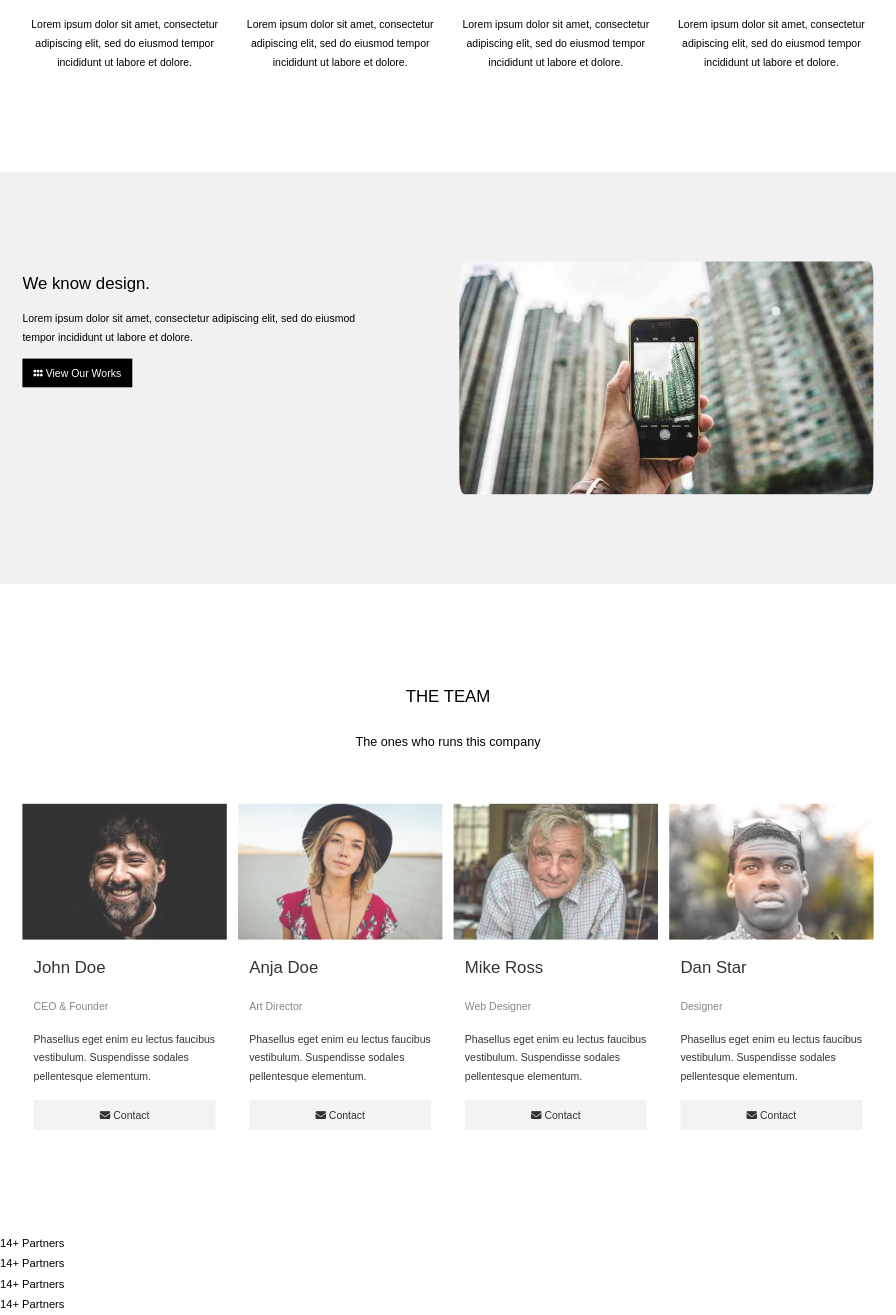
Repository: husterDC/Test
Page: index.html
These files come from the project's save history. The page is drawn as it stood at one moment and after the next save; the edit follows.
The browser window is 1280 px wide. The pictures show the part of the page from y = 1415 to 3335 px (the page is 3294 px tall before and 3335 px after), at 70% of full size.

Above is the page before, as saved 2022-10-13 15:12:57.

### index.html
<!DOCTYPE html>
<html lang="en">
<head>
    <meta charset="UTF-8">
    <meta http-equiv="X-UA-Compatible" content="IE=edge">
    <meta name="viewport" content="width=device-width, initial-scale=1.0">
    <title>Document</title>
    <link rel="stylesheet" href="./assets/base.css">
    <link rel="stylesheet" href="./assets/style.css">
    <link rel="stylesheet" href="./assets/css/responsive.css">
    <link rel="stylesheet" href="./fonts/themify-icons/themify-icons.css">
    <link rel="stylesheet" href="./assets/fontawesome-free-6.1.1-web/css/all.min.css">
</head>
</head>
<body>
    <div class="header">
        <div class="header_logo">
            <a href="" class="header_logo-link">Logo</a>
        </div>
        <div class="header_nav">
            <ul class="header_nav-menu">
                <li class="header_nav-item">

                    <a href="#container_about" class="header_nav-link">ABOUT</a>
                </li>
                <li class="header_nav-item">
                    <a href="#container_team" class="header_nav-link">
                        <i class="header_nav-icon header-nav_icon fa-solid fa-user-plus"></i>
                        TEAM
                    </a>
                </li>
                <li class="header_nav-item">
                    <a href="" class="header_nav-link">
                        <i class="header_nav-icon fa-solid fa-grip"></i>
                        WORK
                    </a>
                </li>
                <li class="header_nav-item">
                    <a href="" class="header_nav-link">
                        <i class="header_nav-icon fa-solid fa-dollar-sign"></i>
                        PRICING
                    </a>
                </li>
                <li class="header_nav-item">
                    <a href="" class="header_nav-link">
                        <i class="header_nav-icon fa-solid fa-envelope"></i>
                        CONTACT
                    </a>
                </li>
            </ul>
        </div>
    </div>
    <div class="slider">
        <div class="slider_content">
            <div class="slider_title">Start something that matters</div>
            <div class="slider_dec">Stop wasting valuable time with projects that just isn't you.</div>
            <a href="" class="slider_link">
                <button class="slider_btn">Learn more and start today</button>
            </a>
        </div>
        <div class="slider_social">
            <a href="" class="slider_social-link"><i class="slider_social-icon fa-brands fa-facebook"></i></a>
            <a href="" class="slider_social-link"><i class="slider_social-icon fa-brands fa-instagram"></i></a>
            <a href="" class="slider_social-link"><i class="slider_social-icon fa-brands fa-snapchat"></i></a>
            <a href="" class="slider_social-link"><i class="slider_social-icon fa-brands fa-pinterest-p"></i></a>
            <a href="" class="slider_social-link"><i class="slider_social-icon fa-brands fa-twitter"></i></a>
            <a href="" class="slider_social-link"><i class="slider_social-icon fa-brands fa-linkedin-in"></i></a>
        </div>
    </div>
    <div class="container">
        <div class="container_base" id="container_about">
            <div class="container_about-title">ABOUT THE COMPANY</div>
            <div class="container_about-dec">Key features of our company</div>
            <div class="container_about-member">
                <div class="container_about-item">
                    <i class="container_about-item-icon fa-solid fa-desktop"></i>
                    <div class="container_about-item-name">Responsive</div>
                    <div class="container_about-item-dec">Lorem ipsum dolor sit amet, consectetur adipiscing elit, sed do eiusmod tempor incididunt ut labore et dolore.</div>
                </div>
                <div class="container_about-item">
                    <i class="container_about-item-icon fa-solid fa-heart"></i>
                    <div class="container_about-item-name">Passion</div>
                    <div class="container_about-item-dec">Lorem ipsum dolor sit amet, consectetur adipiscing elit, sed do eiusmod tempor incididunt ut labore et dolore.</div>
                </div>
                <div class="container_about-item">
                    <i class="container_about-item-icon fa-regular fa-gem"></i>
                    <div class="container_about-item-name">Design</div>
                    <div class="container_about-item-dec">Lorem ipsum dolor sit amet, consectetur adipiscing elit, sed do eiusmod tempor incididunt ut labore et dolore.</div>
                </div>
                <div class="container_about-item">
                    <i class="container_about-item-icon fa-solid fa-gear"></i>
                    <div class="container_about-item-name">Support</div>
                    <div class="container_about-item-dec">Lorem ipsum dolor sit amet, consectetur adipiscing elit, sed do eiusmod tempor incididunt ut labore et dolore.</div>
                </div>
            </div>
        </div>
        <div class="container_base container_about-sub">
            <div class="container_about-sub-wrap">
                <div class="container_about-sub-title">We know design.</div>
                <div class="container_about-sub-dec">Lorem ipsum dolor sit amet, consectetur adipiscing elit, sed do eiusmod <br> tempor incididunt ut labore et dolore.</div>
                <a href="" class="container_about-sub-btn">
                    <i class="container_about-sub-icon fa-solid fa-grip"></i>
                    View Our Works
                </a>
            </div>
            <img src="./assets/img/phone_buildings.jpg" alt="" class="container_about-img">
        </div>
        <div class="container_base" id="container_team">
            <div class="container_team-title">THE TEAM</div>
            <div class="container_team-dec">The ones who runs this company</div>
            <div class="container_team-member">
                <div class="container_team-item">
                    <img src="./assets/img/team2.jpg" alt="" class="container_team-item-img">
                    <div class="container_team-item-wrap">
                        <div class="container_team-item-name">John Doe</div>
                        <div class="container_team-item-position">CEO & Founder</div>
                        <div class="container_team-item-dec">Phasellus eget enim eu lectus faucibus vestibulum. Suspendisse sodales pellentesque elementum.</div>
                        <a href="" class="container_team-btn">
                            <i class="header_nav-icon fa-solid fa-envelope"></i>
                            Contact
                        </a>
                    </div>
                </div>
                <div class="container_team-item">
                    <img src="./assets/img/team1.jpg" alt="" class="container_team-item-img">
                    <div class="container_team-item-wrap">
                        <div class="container_team-item-name">Anja Doe</div>
                        <div class="container_team-item-position">Art Director</div>
                        <div class="container_team-item-dec">Phasellus eget enim eu lectus faucibus vestibulum. Suspendisse sodales pellentesque elementum.</div>
                        <a href="" class="container_team-btn">
                            <i class="header_nav-icon fa-solid fa-envelope"></i>
                            Contact
                        </a>
                    </div>
                </div>
                <div class="container_team-item">
                    <img src="./assets/img/team3.jpg" alt="" class="container_team-item-img">
                    <div class="container_team-item-wrap">
                        <div class="container_team-item-name">Mike Ross</div>
                        <div class="container_team-item-position">Web Designer</div>
                        <div class="container_team-item-dec">Phasellus eget enim eu lectus faucibus vestibulum. Suspendisse sodales pellentesque elementum.</div>
                        <a href="" class="container_team-btn">
                            <i class="header_nav-icon fa-solid fa-envelope"></i>
                            Contact
                        </a>
                    </div>
                </div>
                <div class="container_team-item">
                    <img src="./assets/img/team4.jpg" alt="" class="container_team-item-img">
                    <div class="container_team-item-wrap">
                        <div class="container_team-item-name">Dan Star</div>
                        <div class="container_team-item-position">Designer</div>
                        <div class="container_team-item-dec">Phasellus eget enim eu lectus faucibus vestibulum. Suspendisse sodales pellentesque elementum.</div>
                        <a href="" class="container_team-btn">
                            <i class="header_nav-icon fa-solid fa-envelope"></i>
                            Contact
                        </a>
                    </div>
                </div>
            </div>
        </div>
        <div class="container_team-sub">
            <div class="container_team-sub-item">
                <span class="container_team-sub-num">14+</span>
                <span class="container_team-sub-text">Partners</span>
            </div>
            <div class="container_team-sub-item">
                <span class="container_team-sub-num">14+</span>
                <span class="container_team-sub-text">Partners</span>
            </div>
            <div class="container_team-sub-item">
                <span class="container_team-sub-num">14+</span>
                <span class="container_team-sub-text">Partners</span>
            </div>
            <div class="container_team-sub-item">
                <span class="container_team-sub-num">14+</span>
                <span class="container_team-sub-text">Partners</span>
            </div>
        </div>
    </div>
</body>
</html>

### assets/base.css
html {
    font-size: 16px;
    line-height: 1.8;
    font-family: 'Roboto', sans-serif;
    box-sizing: border-box;
}
.container_base {
    padding: 128px 16px;
}

### assets/style.css
* {
    padding: 0;
    margin: 0;
    box-sizing: border-box;
}
html {

    scroll-behavior: smooth;
    font-family: Arial, Helvetica, sans-serif;
}
.white-text {
    color: #fff;
}
.clear {
    clear: both;
}
.header {
    height: 60px;
    width: 100%;
    font-size: 15px;
    background-color: #fff;
    display: flex;
    align-items: center;
    position: fixed;
    box-shadow: 0 2px 6px rgb(180, 180, 180);
    z-index: 2;
}
.header_logo {
    flex: 1;
    font-size: 18px;
    letter-spacing: 4px;
    opacity: 0.6;
}
.header_logo-link {
    position: absolute;
    left: 0;
    top: 50%;
    transform: translateY(-50%);
    padding: 0 16px;
    text-align: center;
    line-height: 60px;

}
.header_nav-menu {
    position: absolute;
    right: 0;
    top: 50%;
    transform: translateY(-50%);
    text-align: center;
}
.header_nav-item {
    line-height: 60px;
    display: inline-block;
    margin: 0;
    padding: 0 16px;
}
.header_logo-link,
.header_nav-link {
    text-decoration: none;
    color: #000;
}
.header_logo-link:hover,
.header_nav-item:hover {
    background-color: #ccc;
    cursor: pointer;
}
.slider {
    position: relative;
    height: 969px;
    background: url('./img/mac.jpg') top center / cover no-repeat;
    color: #fff;
    font-size: 18px;
    padding: 0 48px;
}
.slider_content {
    position: absolute;
    top: 50%;
    transform: translateY(-50%);
}
.slider_title {
    font-size: 64px;
    margin-bottom: 50px;
}
.slider_dec {
    margin: 15px 0;
}
.slider_btn {
    background-color: rgba(256,256,256, 0.6);
    font-size: 18px;
    border: none;
    padding: 20px 24px;
    margin-top: 20px;
}
.slider_btn:hover {
    background-color: #ccc;
}
.slider_social {
    position: absolute;
    bottom: 3%;
}
.slider_social-link {
    color: #757575;
}
.slider_social-link:hover {
    opacity: 0.6;
}
#container_about {
    font-size: 18px;
    text-align: center;
}
.container_about-title,
.container_team-title {
    font-size: 24px;
    margin: 10px 0;
}
.container_about-dec,
.container_team-dec {
    margin: 28px 0 18px;
}
.container_about-member {
    display: flex;
    margin-top: 72px;
    padding: 0 8px;
}
.container_about-item-icon {
    font-size: 64px;
    margin-bottom: 16px;
}
.container_about-item-name {
    margin: 18px 0;
}
.container_about-item-dec {
    font-size: 15px;
    margin: 24px 8px 15px;
    line-height: 1.8;
}
.container_about-sub {
    background-color: #f1f1f1;
    display: flex;
    font-size: 15px;
}
.container_about-sub-wrap {
    flex: 1;
    padding: 0 16px;
}
.container_about-img {
    width: 50%;
    height: auto;
    border-radius: 24px;
    padding: 0 16px;
}
.container_about-sub-title {
    font-size: 24px;
    margin: 10px 0;
}
.container_about-sub-dec {
    margin: 15px 0 24px;
}
.container_about-sub-btn {
    background-color: #000;
    color: #fff;
    text-decoration: none;
    padding: 12px 16px;
}
.container_about-sub-btn:hover {
    color: #000;
    background-color: #ccc;
}
#container_team {
    font-size: 15px;
    text-align: center;
}
.container_team-dec {
    font-size: 18px;
}
.container_team-member {
    display: flex;
    margin-top: 72px;
    padding: 0 8px;
    opacity: 0.8;
}
.container_team-item {
    width: 25%;
    padding: 0 8px;
    text-align: left;
}
.container_team-item-img {
    width: 100%;
}
.container_team-item-wrap {
    margin: 0 16px;
}
.container_team-item-name {
    font-size: 24px;
    margin: 10px 0;
}
.container_team-item-position {
    margin: 20px 0;
    opacity: 0.6;
}
.container_team-item-dec {
    margin: 16px 0;
}
.container_team-btn {
    display: block;
    width: 100%;
    padding: 8px 0;
    text-align: center;
    color: #000;
    text-decoration: none;
    background-color: #f1f1f1;
    margin: 20px 0;
}
.container_team-btn:hover {
    color: #000;
    background-color: #ccc;
}

Loaded but not shown: fonts/themify-icons/themify-icons.css (common file); assets/fontawesome-free-6.1.1-web/css/all.min.css (library); assets/responsive.css (no copy from this time; the picture is the same without it)

After the next save:
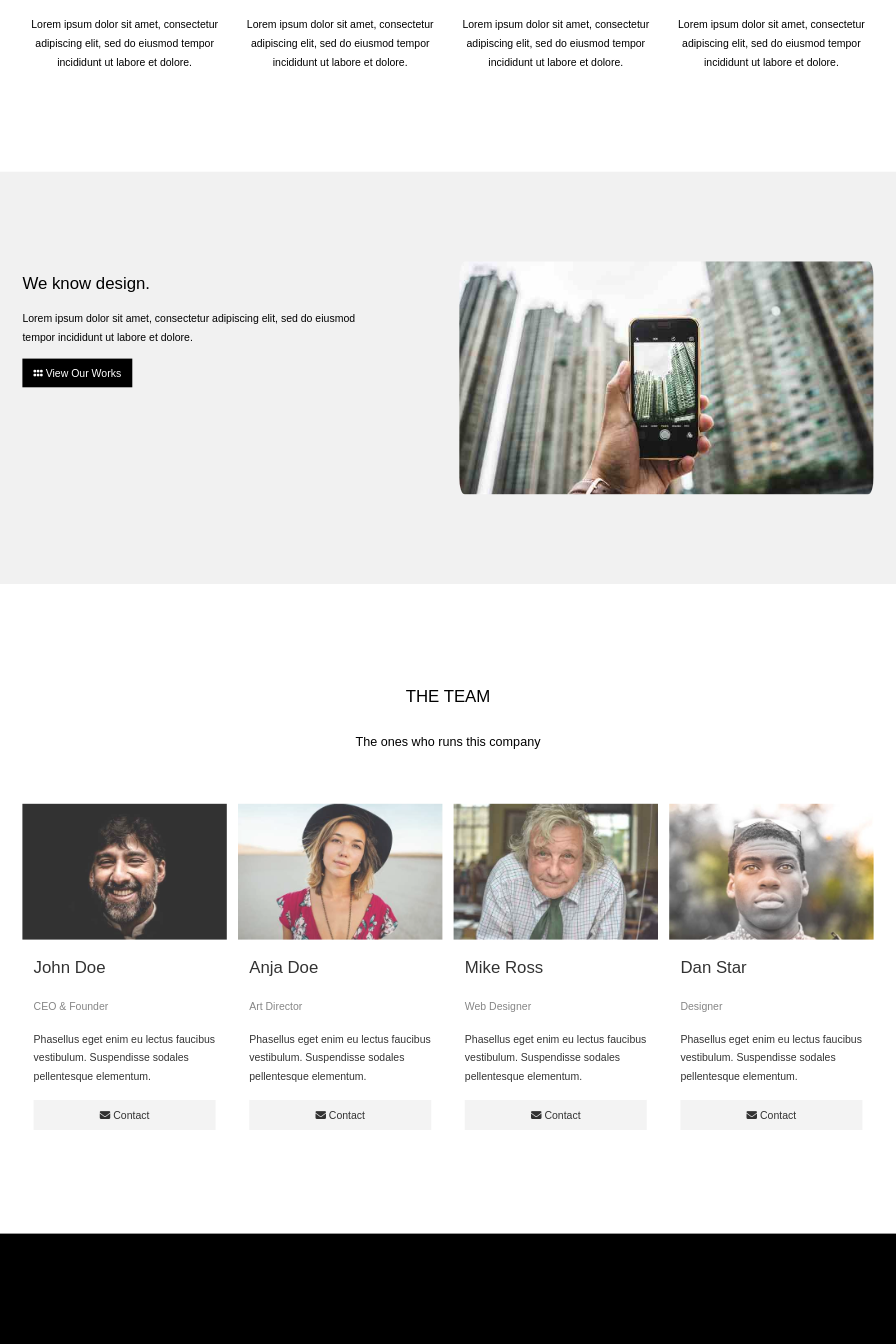
Saved 61 s later.
--- a/assets/style.css
+++ b/assets/style.css
@@ -215,3 +215,9 @@
     color: #000;
     background-color: #ccc;
 }
+.container_team-sub {
+    padding: 64px 16px;
+    background-color: #000;
+    display: flex;
+
+}
